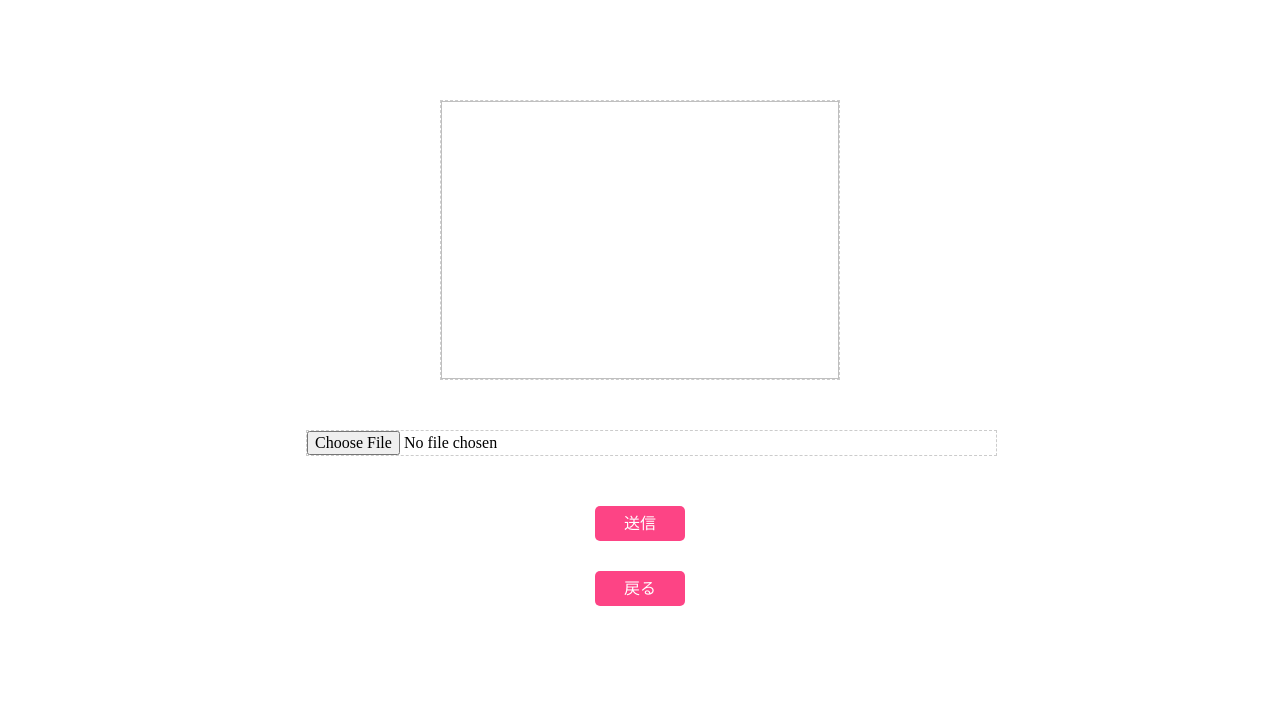
Repository: masaharu0090/yuibon_001
Page: http://localhost/html/postImageForm.php
An editor plug-in stored every save of this project. The page is shown before and after the next save, followed by the edit.
The browser window is 1280 px wide. The pictures show the whole page.
The page is run by PHP 8.4 with error messages shown; the project is at /var/www/html/.

Above is the page before, as saved 2023-08-01 16:31:14.

### ImagePosting_08.04/html/postImageForm.php
<!DOCTYPE html>
<html lang="ja">
<head>
  <meta charset="UTF-8">
  <meta http-equiv="X-UA-Compatible" content="IE=edge">
  <meta name="viewport" content="width=device-width, initial-scale=1.0">
  <link rel="stylesheet" href="../style.css">
  <title>画像投稿アプリ</title>
</head>
<body>

  <div class="submitImage">
    <?php if(isset($_GET['id'])) { ?>
      <form action="../updateImage.php?id=<?php echo($_GET['id']); ?>" method="post" enctype="multipart/form-data">
    <?php } else { ?>
      <form action="../postImage.php" method="post" enctype="multipart/form-data">
    <?php } ?>
        <img id="preview">
        <input type="file" name="file" onchange="previewFile(this);">
        <button type="submit" name="submit">送信</button>
    </form>
    <button onclick="location.href='./index.php';" class="backButton">戻る</button>
  </div>
</body>
</html>

<script>
  function previewFile(event){
    var fileData = new FileReader();
    fileData.onload = (function() {
      document.getElementById('preview').src = fileData.result;
    });
    fileData.readAsDataURL(event.files[0]);
  }
  </script>

### ImagePosting_08.04/style.css
/*! destyle.css v3.0.2 | MIT License | https://github.com/nicolas-cusan/destyle.css */

/* Reset box-model and set borders */
/* ============================================ */

*,
::before,
::after {
  box-sizing: border-box;
  border-style: solid;
  border-width: 0;
}

/* Document */
/* ============================================ */

/**
 * 1. Correct the line height in all browsers.
 * 2. Prevent adjustments of font size after orientation changes in iOS.
 * 3. Remove gray overlay on links for iOS.
 */

html {
  line-height: 1.15; /* 1 */
  -webkit-text-size-adjust: 100%; /* 2 */
  -webkit-tap-highlight-color: transparent; /* 3*/
}

/* Sections */
/* ============================================ */

/**
 * Remove the margin in all browsers.
 */

body {
  margin: 0;
}

/**
 * Render the `main` element consistently in IE.
 */

main {
  display: block;
}

/* Vertical rhythm */
/* ============================================ */

p,
table,
blockquote,
address,
pre,
iframe,
form,
figure,
dl {
  margin: 0;
}

/* Headings */
/* ============================================ */

h1,
h2,
h3,
h4,
h5,
h6 {
  font-size: inherit;
  font-weight: inherit;
  margin: 0;
}
/* Lists (enumeration) */
/* ============================================ */


ul,
ol {
  margin: 0;
  padding: 0;
  list-style: none;
}

/* Lists (definition) */
/* ============================================ */

dt {
  font-weight: bold;
}

dd {
  margin-left: 0;
}

/* Grouping content */
/* ============================================ */

/**
 * 1. Add the correct box sizing in Firefox.
 * 2. Show the overflow in Edge and IE.
 */

hr {
  box-sizing: content-box; /* 1 */
  height: 0; /* 1 */
  overflow: visible; /* 2 */
  border-top-width: 1px;
  margin: 0;
  clear: both;
  color: inherit;
}

/**
 * 1. Correct the inheritance and scaling of font size in all browsers.
 * 2. Correct the odd `em` font sizing in all browsers.
 */

pre {
  font-family: monospace, monospace; /* 1 */
  font-size: inherit; /* 2 */
}

address {
  font-style: inherit;
}

/* Text-level semantics */
/* ============================================ */

/**
 * Remove the gray background on active links in IE 10.
 */

a {
  background-color: transparent;
  text-decoration: none;
  color: inherit;
}

/**
 * 1. Remove the bottom border in Chrome 57-
 * 2. Add the correct text decoration in Chrome, Edge, IE, Opera, and Safari.
 */

abbr[title] {
  text-decoration: underline dotted; /* 2 */
}

/**
 * Add the correct font weight in Chrome, Edge, and Safari.
 */

b,
strong {
  font-weight: bolder;
}

/**
 * 1. Correct the inheritance and scaling of font size in all browsers.
 * 2. Correct the odd `em` font sizing in all browsers.
 */

code,
kbd,
samp {
  font-family: monospace, monospace; /* 1 */
  font-size: inherit; /* 2 */
}

/**
 * Add the correct font size in all browsers.
 */

small {
  font-size: 80%;
}

/**
 * Prevent `sub` and `sup` elements from affecting the line height in
 * all browsers.
 */

sub,
sup {
  font-size: 75%;
  line-height: 0;
  position: relative;
  vertical-align: baseline;
}

sub {
  bottom: -0.25em;
}

sup {
  top: -0.5em;
}

/* Replaced content */
/* ============================================ */

/**
 * Prevent vertical alignment issues.
 */

svg,
img,
embed,
object,
iframe {
  vertical-align: bottom;
}

/* Forms */
/* ============================================ */

/**
 * Reset form fields to make them styleable.
 * 1. Make form elements stylable across systems iOS especially.
 * 2. Inherit text-transform from parent.
 */

button,
input,
optgroup,
select,
textarea {
  -webkit-appearance: none; /* 1 */
  appearance: none;
  vertical-align: middle;
  color: inherit;
  font: inherit;
  background: transparent;
  padding: 0;
  margin: 0;
  border-radius: 0;
  text-align: inherit;
  text-transform: inherit; /* 2 */
}

/**
 * Reset radio and checkbox appearance to preserve their look in iOS.
 */

[type="checkbox"] {
  -webkit-appearance: checkbox;
  appearance: checkbox;
}

[type="radio"] {
  -webkit-appearance: radio;
  appearance: radio;
}

/**
 * Correct cursors for clickable elements.
 */

button,
[type="button"],
[type="reset"],
[type="submit"] {
  cursor: pointer;
}

button:disabled,
[type="button"]:disabled,
[type="reset"]:disabled,
[type="submit"]:disabled {
  cursor: default;
}

/**
 * Improve outlines for Firefox and unify style with input elements & buttons.
 */

:-moz-focusring {
  outline: auto;
}

select:disabled {
  opacity: inherit;
}

/**
 * Remove padding
 */

option {
  padding: 0;
}

/**
 * Reset to invisible
 */

fieldset {
  margin: 0;
  padding: 0;
  min-width: 0;
}

legend {
  padding: 0;
}

/**
 * Add the correct vertical alignment in Chrome, Firefox, and Opera.
 */

progress {
  vertical-align: baseline;
}

/**
 * Remove the default vertical scrollbar in IE 10+.
 */

textarea {
  overflow: auto;
}

/**
 * Correct the cursor style of increment and decrement buttons in Chrome.
 */

[type="number"]::-webkit-inner-spin-button,
[type="number"]::-webkit-outer-spin-button {
  height: auto;
}

/**
 * 1. Correct the outline style in Safari.
 */

[type="search"] {
  outline-offset: -2px; /* 1 */
}

/**
 * Remove the inner padding in Chrome and Safari on macOS.
 */

[type="search"]::-webkit-search-decoration {
  -webkit-appearance: none;
}

/**
 * 1. Correct the inability to style clickable types in iOS and Safari.
 * 2. Fix font inheritance.
 */

::-webkit-file-upload-button {
  -webkit-appearance: button; /* 1 */
  font: inherit; /* 2 */
}

/**
 * Clickable labels
 */

label[for] {
  cursor: pointer;
}

/* Interactive */
/* ============================================ */

/*
 * Add the correct display in Edge, IE 10+, and Firefox.
 */

details {
  display: block;
}

/*
 * Add the correct display in all browsers.
 */

summary {
  display: list-item;
}

/*
 * Remove outline for editable content.
 */

[contenteditable]:focus {
  outline: auto;
}

/* Tables */
/* ============================================ */

/**
1. Correct table border color inheritance in all Chrome and Safari.
*/

table {
  border-color: inherit; /* 1 */
  border-collapse: collapse;
}

caption {
  text-align: left;
}

td,
th {
  vertical-align: top;
  padding: 0;
}

th {
  text-align: left;
  font-weight: bold;
}

/* 共通CSS */
/* ヘッダーCSS */
.header {
  width: 100%;
  height: 60px;
  background-color: #555555;
  display: flex;
  justify-content: end;
}

.postImage {
  margin: 10px;
}

/* 画像投稿アプリ用buttonタグCSS */
button {
  color: #fff;
  background-color: #fd4485;
  width: 90px;
  height: 35px;
  text-align: center;
  border-radius: 5px;
}

/* 画像一覧ページ */
.imageList {
  width: 80%;
  margin: 10px auto 0 auto;
  display: flex;
  flex-wrap: wrap;
  justify-content: center;
  align-items: center;
}

.imageList img {
  width: 300px;
  height: 200px;
  object-fit: cover;
  margin: 10px;
  cursor: pointer;
}

.imageList img:hover {
  opacity: 70%;
}

.customDiv {
  display: flex;
  flex-wrap: wrap;
  justify-content: center;
  align-items: center;
}
/* 画像一覧ページ.ページネーション */
.pagination {
  display: flex;
  justify-content: center;
}

.pagination li {
  display: inline;
  padding:10px 15px;
  margin: 3px;
  border:1px #ccc solid;color:#000053;
  border-radius: 5px;
  cursor: pointer;
}

/* 画像詳細ページ */
.detailImageBox {
  width: 80%;
  margin: 50px auto 0 auto;
  text-align: center;
  display: flex;
}

/* 画像 */
.detailImage {
  width: 60%;
}

.detailImage img {
  width: 100%;
  height: 460px;
  object-fit: cover;
}

.detailImagButton {
  width: 50%;
  margin: 10px auto 30px auto;
  display: flex;
  justify-content: space-around;
}

.updateButton {
  background-color: #78E40C;
}

.deleteButton {
  background-color: #FF0000;
}

/* 画像詳細ページ.コメント */
.comment {
  width: 40%;
  margin-left: 40px;
  text-align: left;
  list-style: none;
}

.comment ul {
  height: 280px;
  overflow-y: scroll;
}

.commentTitle {
  font-size: 20px;
  font-weight: bold;
  margin-bottom: 30px;
}

.comment li {
  margin-bottom: 20px;
}

textarea {
  width: 90%;
  height: 100px;
  resize: none;
  border: 1px solid #ccc;
  margin: 20px 0;
  border-radius: 5px;
}

.submitComment {
  width: 100%;
  margin: 0 auto;
  text-align: center;
}

.submitImage {
  width: 60%;
  margin: 100px auto 0 auto;
  text-align: center;
}

#preview {
  margin: 0 auto;
  width: 400px;
  height: 280px;
  object-fit: cover;
  border: 1px dashed #ccc;
}

.submitImage input {
  width: 90%;
  border: 1px dashed #ccc;
  margin: 50px;
}

.backButton {
  margin-top: 30px;
}

### ImagePosting_08.04/html/header.php
<!DOCTYPE html>
<html lang="ja">
<head>
  <meta charset="UTF-8">
  <meta http-equiv="X-UA-Compatible" content="IE=edge">
  <meta name="viewport" content="width=device-width, initial-scale=1.0">
  <link rel="stylesheet" href="../style.css">
  <title>画像投稿アプリ</title>
</head>
<body>
  <div class="header">
    <button class="postImage" onclick="location.href='./postImageForm.php';">投稿</button>
  </div>
</body>
</html>

After the next save:
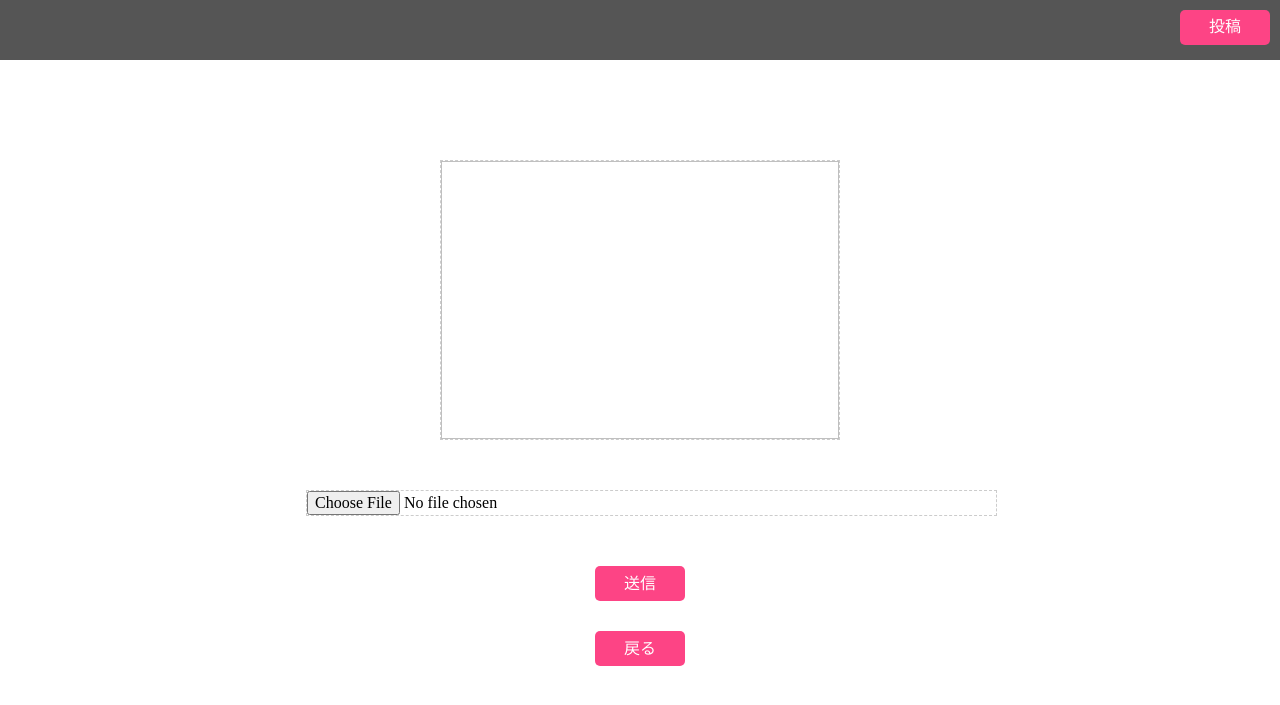
Saved 98 s later.
--- a/ImagePosting_08.04/html/postImageForm.php
+++ b/ImagePosting_08.04/html/postImageForm.php
@@ -8,7 +8,7 @@
   <title>画像投稿アプリ</title>
 </head>
 <body>
-
+  <?php include('./header.php') ?>
   <div class="submitImage">
     <?php if(isset($_GET['id'])) { ?>
       <form action="../updateImage.php?id=<?php echo($_GET['id']); ?>" method="post" enctype="multipart/form-data">
